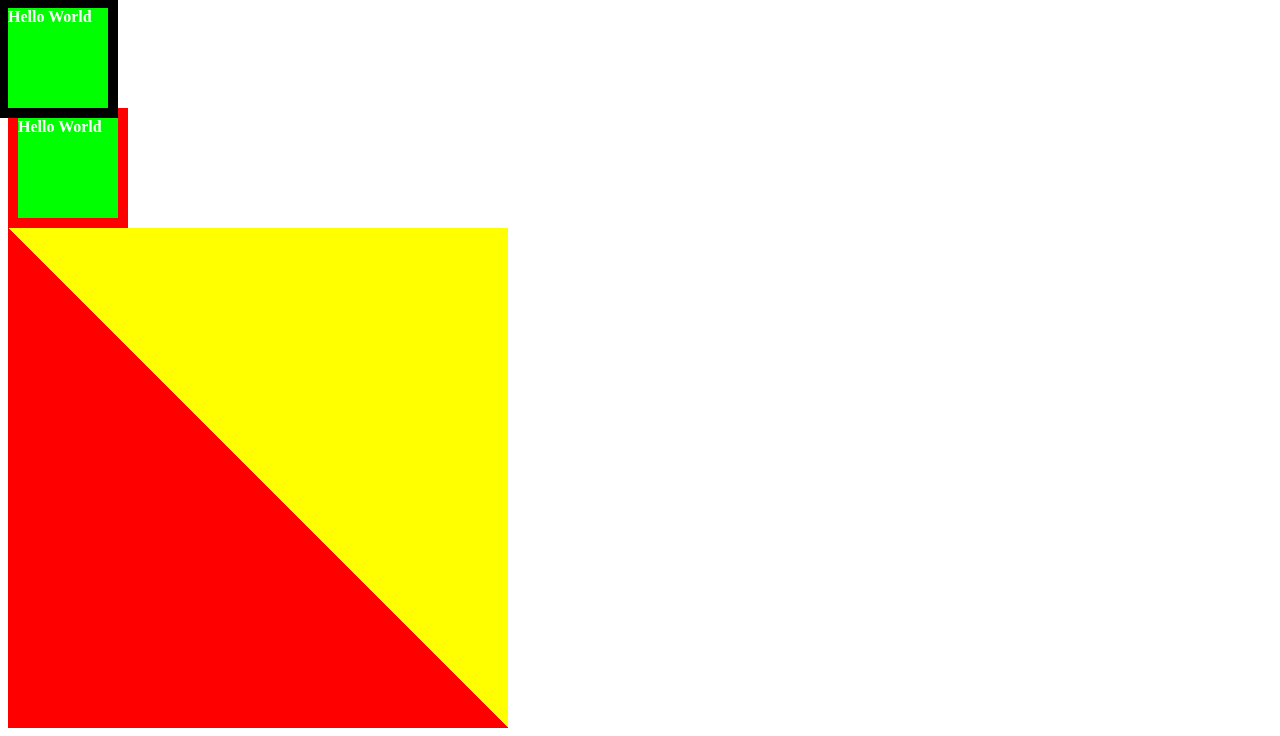
Repository: herjuandlonely/github.io
Page: test.html
The author's editor kept a copy of each file at every save. The page is drawn from the files as they stood at one save, then again after the next save.
The browser window is 1280 px wide. The pictures show the whole page.

Above is the page before, as saved 2022-07-01 23:53:33.

### test.html
<!DOCTYPE html>
<html lang="en">
<head>
    <meta charset="UTF-8">
    <meta http-equiv="X-UA-Compatible" content="IE=edge">
    <meta name="viewport" content="width=device-width, initial-scale=1.0">
    <title>Document</title>
    <style>
        .test{
            height: 100px;
            width: 100px;
            color: white;
            font-weight: bold;
            background-color: #00ff00;
            outline: black solid 10px;
        }
        .test2{
            height: 100px;
            width: 100px;
            color: white;
            font-weight: bold;
            background-color: #0f0;
            border: red solid 10px;
        }
        .test3{
            width: 500px;
            height: 500px;
            background-image: url(./image/80.GIF);
            background-image: linear-gradient(45deg,red 50%, yellow 50%);
        }
    </style>
</head>
<body>
    <div class="test">Hello World</div>
    <div class="test2">Hello World</div>
    <div class="test3"></div>
</body>
</html>

After the next save:
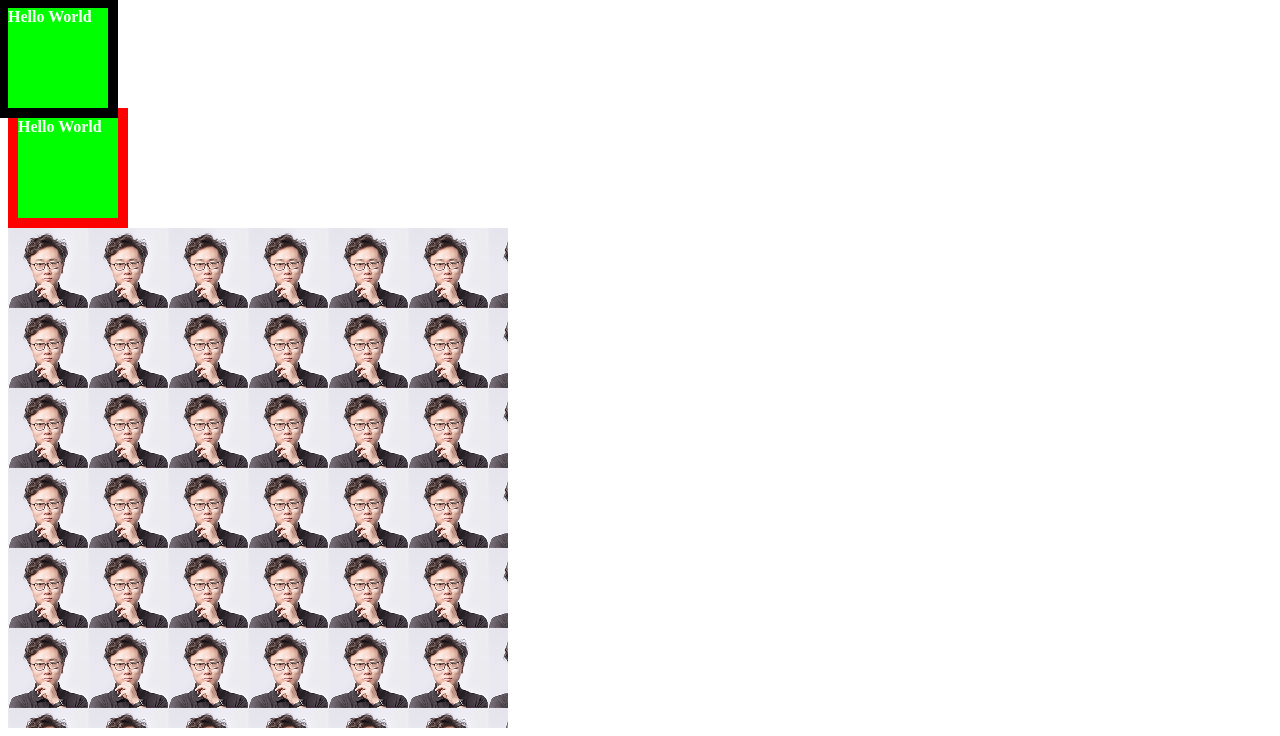
Saved 5 s later.
--- a/test.html
+++ b/test.html
@@ -26,7 +26,7 @@
             width: 500px;
             height: 500px;
             background-image: url(./image/80.GIF);
-            background-image: linear-gradient(45deg,red 50%, yellow 50%);
+
         }
     </style>
 </head>
